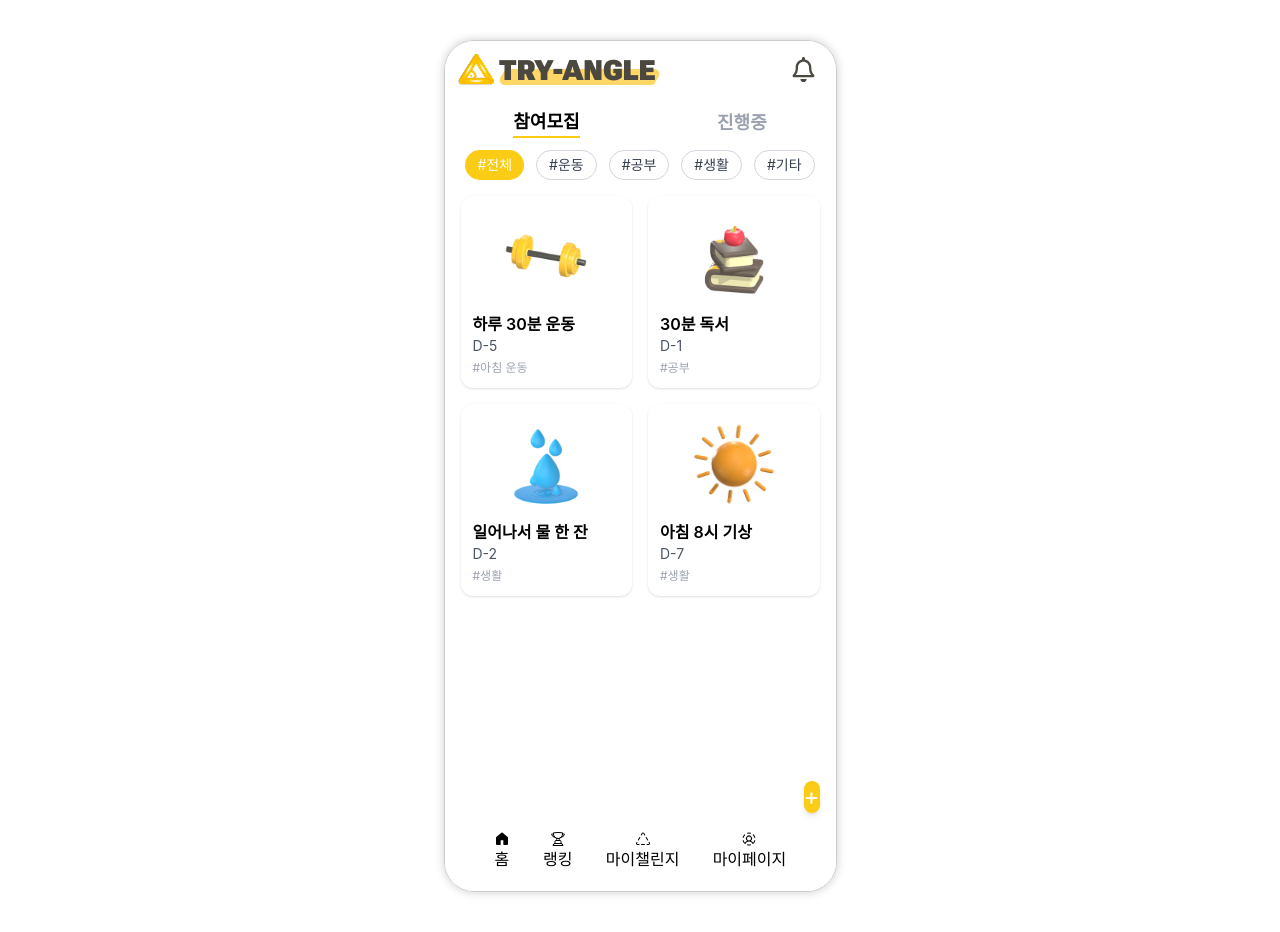
Repository: gusdk19/TryAngle-FE
Page: /
The author's editor kept a copy of each file at every save. The page is drawn from the files as they stood at one save, then again after the next save.
The browser window is 1280 px wide. The pictures show the whole page.
The project was rebuilt for these pictures with package versions that can differ from the ones it lists, and the page was loaded fresh each time. Also part of the build but not shown: src/App.css.

Above is the page before, as saved 2025-04-30 15:43:27.

### src/index.js
import React from 'react';
import ReactDOM from 'react-dom/client';
import "./styles/index.css";
import App from './App';
import reportWebVitals from './reportWebVitals';

const root = ReactDOM.createRoot(document.getElementById('root'));
root.render(
  <React.StrictMode>
    {/* <App /> */}
    <div className='iphone-frame'>
      <App/>
    </div>
  </React.StrictMode>
);

// If you want to start measuring performance in your app, pass a function
// to log results (for example: reportWebVitals(console.log))
// or send to an analytics endpoint. Learn more: https://bit.ly/CRA-vitals
reportWebVitals();

### src/styles/index.css
@tailwind base;
@tailwind components;
@tailwind utilities;

body {
  margin: 0;
  font-family: -apple-system, BlinkMacSystemFont, 'Segoe UI', 'Roboto', 'Oxygen',
    'Ubuntu', 'Cantarell', 'Fira Sans', 'Droid Sans', 'Helvetica Neue',
    sans-serif;
  -webkit-font-smoothing: antialiased;
  -moz-osx-font-smoothing: grayscale;
}

code {
  font-family: source-code-pro, Menlo, Monaco, Consolas, 'Courier New',
    monospace;
}

.iphone-frame {
  position: relative;
  width: 393px;
  height: 852px;
  border: 1px solid #ccc;
  margin: 40px auto;
  box-shadow: 0 0 10px rgba(0,0,0,0.2);
  overflow: auto;
  border-radius: 30px;
  background: white;
  padding: 0px 0px;

  -ms-overflow-style:none; /* IE and Edge */
  scrollbar-width:none; /* Firefox */
}

.iphone-frame::-webkit-scrollbar {
	display:none /* Chrome , Safari , Opera */
}

### src/App.js
import { BrowserRouter, Routes, Route } from 'react-router-dom';
import './App.css';

import Home from './pages/Home';
//import Alarm from './pages/Alarm';
//import ChallengeAdd from './pages/ChallengeAdd';

function App() {
  return (
    <BrowserRouter>
      <Routes>
        <Route path="/" element={<Home />} />
        {/*<Route path="/alarm" element={<Alarm />} /> */}
        { /*<Route path="/challenge/add" element={<ChallengeAdd />} />*/}
      </Routes>
    </BrowserRouter>
  );
}

export default App;

### src/pages/Home.js
import React, { useState } from 'react';
import Header from '../components/Header';
import Footer from '../components/Footer';
import dumbell from '../assets/images/finace/dumbell.png';
import books from '../assets/images/finace/books.png';
import water from '../assets/images/finace/water.png';
import sun from '../assets/images/finace/Sun.png';

const Home = () => {
  const [activeTab, setActiveTab] = useState('participating');
  const [activeCategory, setActiveCategory] = useState('전체');

  const categories = ['전체', '운동', '공부', '생활', '기타'];

  const challenges = [
    { id: 1, title: '하루 30분 운동', dday: 5, tag: '#아침 운동', image: dumbell },
    { id: 2, title: '30분 독서', dday: 1, tag: '#공부', image: books },
    { id: 3, title: '일어나서 물 한 잔', dday: 2, tag: '#생활', image: water },
    { id: 4, title: '아침 8시 기상', dday: 7, tag: '#생활', image: sun },
  ];

  const filteredChallenges =
    activeCategory === '전체'
      ? challenges
      : challenges.filter((c) => c.tag.includes(activeCategory));

  return (
    <div className="bg-white flex flex-row justify-center w-full">
      {/* 모바일 프레임 */}
      <div className="bg-white w-[393px] h-[852px] relative">
        <Header />

        {/* 탭 영역 */}
        <div className="flex justify-around mt-4">
          <button
            className={`text-lg font-semibold ${
              activeTab === 'participating'
                ? 'border-b-2 border-yellow-400 text-black'
                : 'text-gray-400'
            }`}
            onClick={() => setActiveTab('participating')}
          >
            참여모집
          </button>
          <button
            className={`text-lg font-semibold ${
              activeTab === 'ongoing'
                ? 'border-b-2 border-yellow-400 text-black'
                : 'text-gray-400'
            }`}
            onClick={() => setActiveTab('ongoing')}
          >
            진행중
          </button>
        </div>

        {/* + 버튼 */}
        <button className="absolute bottom-20 right-4 bg-yellow-400 w-23 h-22 rounded-full text-white text-2xl shadow-md hover:bg-yellow-500 z-20">
          +
        </button>

        {/* 카테고리 */}
        <div className="flex justify-center gap-3 mt-3">
          {categories.map((category) => (
            <button
              key={category}
              className={`px-3 py-1 rounded-full text-sm ${
                activeCategory === category
                  ? 'bg-yellow-400 text-white'
                  : 'bg-white text-gray-700 border border-gray-300'
              }`}
              onClick={() => setActiveCategory(category)}
            >
              #{category}
            </button>
          ))}
        </div>

        {/* 챌린지 카드 */}
        <div className="flex-grow overflow-y-auto p-4 pb-[100px]">
          <div className="grid grid-cols-2 gap-4">
            {filteredChallenges.map((c) => (
              <div
                key={c.id}
                className="bg-white p-3 rounded-xl shadow hover:bg-yellow-200 transition"
              >
                <img
                  src={c.image}
                  alt={c.title}
                  className="w-full h-24 object-contain mb-2"
                />
                <p className="font-semibold">{c.title}</p>
                <p className="text-sm text-gray-600">D-{c.dday}</p>
                <p className="text-xs text-gray-400 mt-1">{c.tag}</p>
              </div>
            ))}
          </div>
        </div>

        <Footer page="home" />
      </div>
    </div>
  );
};

export default Home;

### src/components/Header.js
import React from "react";
import "../styles/Header.css";
import { FaRegBell } from "react-icons/fa";
import { useNavigate } from "react-router-dom";
import logo_name from "../assets/images/common/logo_name.png";

export default function Header() {
  const navigate = useNavigate();

  return (
    <div className="header flex flex-unwrap grow w-full pt-[4.5px]">
      {/* 로고 (왼쪽) */}
      <div className="logo-name my-auto flex-1 text-left align-middle cursor-pointer" onClick={() => navigate("/")}>
        <img src={logo_name} alt="try-angle_logo_name" />
      </div>

      {/* 알림 아이콘 (오른쪽) */}
      <div className="bell flex-none align-middle cursor-pointer">
        <FaRegBell
          className="bell-icon2 mt-[2px] text-[#4A483F]"
          onClick={() => navigate("/alarm")}
        />
      </div>
    </div>
  );
}

### src/components/Footer.js
import React from "react";
import "../styles/Header.css";
import { GoHome, GoHomeFill } from "react-icons/go";
import { HiTrophy, HiOutlineTrophy } from "react-icons/hi2";
import { PiUserCircleDashed, PiUserCircleDuotone, PiTriangleDashedFill, PiTriangleDashed } from "react-icons/pi";
import { useNavigate } from "react-router-dom";

export default function Footer({ page }) {
  const navigate = useNavigate();

  const navigationItems = [
    {
      icon: page === "home" ? <GoHomeFill className="icon" /> : <GoHome className="icon" />,
      label: "홈",
      route: "/",
    },
    {
      icon: page === "ranking" ? <HiTrophy className="icon" /> : <HiOutlineTrophy className="icon" />,
      label: "랭킹",
      route: "/rank",
    },
    {
      icon: page === "myChallenge" ? <PiTriangleDashedFill className="icon" /> : <PiTriangleDashed className="icon" />,
      label: "마이챌린지",
      route: "/mychallenge",
    },
    {
      icon: page === "myPage" ? <PiUserCircleDuotone className="icon" /> : <PiUserCircleDashed className="icon" />,
      label: "마이페이지",
      route: "/mypage",
    },
  ];

  return(
    <footer className="absolute w-full h-[70px] bottom-0 left-0 bg-white px-4 pt-2">
      <div className="flex justify-evenly items-start">
        {navigationItems.map((item, index) => (
          <div key={index} className="flex flex-col items-center cursor-pointer" onClick={()=>{navigate(item.route);}}>
            {item.icon}
            {item.label}
          </div>
        ))}
      </div>
    </footer>
);
}

### src/styles/Header.css
.header{
    display: flex;
    flex-wrap: nowrap;
    justify-content: space-between;
    position: relative;
    width: 100%;
    height: 51px;
    text-align: center;
    vertical-align: middle;
}

.title{
    display: grid;
    place-items: center;
    flex-grow: 1;
    vertical-align: middle;
}

.logo-name{
    display: grid;
    place-items: start;
    flex-grow: 1;
    vertical-align: middle;
    margin-left: 13px;
}

.title-text{
    position: absolute;
    left:50%;
    transform: translateX(-50%);
    font-weight: bold;
    font-size: large;
}

.bell{
    display: grid;
    place-items: center;
    flex-shrink: 0;
    vertical-align: middle;
    margin-right:20px;

}

.bell-icon{
    width: 20px;
    height:20px;
}

.bell-icon2{
    width: 25px;
    height:25px;
}

.back{
    display: grid;
    place-items: center;
    flex-shrink: 0;
    vertical-align: middle;
    margin-left:20px;

}

.back-icon{
    width: 20px;
    height:20px;
}

### tailwind.config.js
/** @type {import('tailwindcss').Config} */
module.exports = {
    content: [
        "./src/**/*.{js,jsx,ts,tsx}",
    ],
    theme: {
      extend: {},
    },
    plugins: [],
  }

Loaded but not shown: public/index.html (common file); src/reportWebVitals.js (common file)

After the next save:
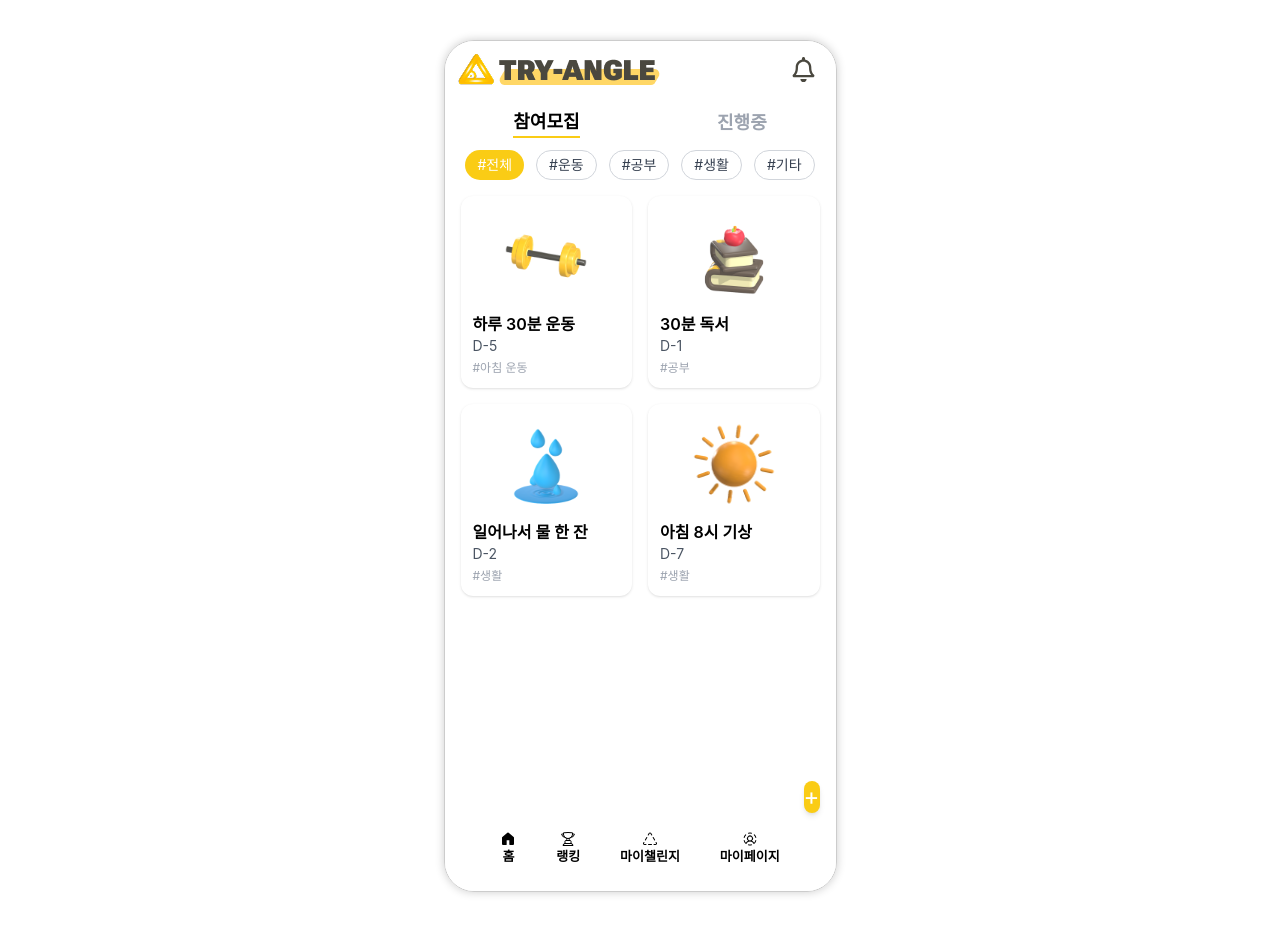
Saved 7 min 38 s later.
--- a/src/components/Footer.js
+++ b/src/components/Footer.js
@@ -31,16 +31,22 @@
     },
   ];
 
-  return(
-    <footer className="absolute w-full h-[70px] bottom-0 left-0 bg-white px-4 pt-2">
+  return (
+    <footer className="absolute w-full h-[70px] bg-white px-4 pt-2 bottom-0 left-0">
       <div className="flex justify-evenly items-start">
         {navigationItems.map((item, index) => (
-          <div key={index} className="flex flex-col items-center cursor-pointer" onClick={()=>{navigate(item.route);}}>
+          <div
+            key={index}
+            className="footer-item flex flex-col items-center cursor-pointer"
+            onClick={() => navigate(item.route)}
+          >
             {item.icon}
-            {item.label}
+            <span className="text-[13px] font-bold text-black text-center leading-normal">
+              {item.label}
+            </span>
           </div>
         ))}
       </div>
     </footer>
-);
+  );
 }

After the save that followed:
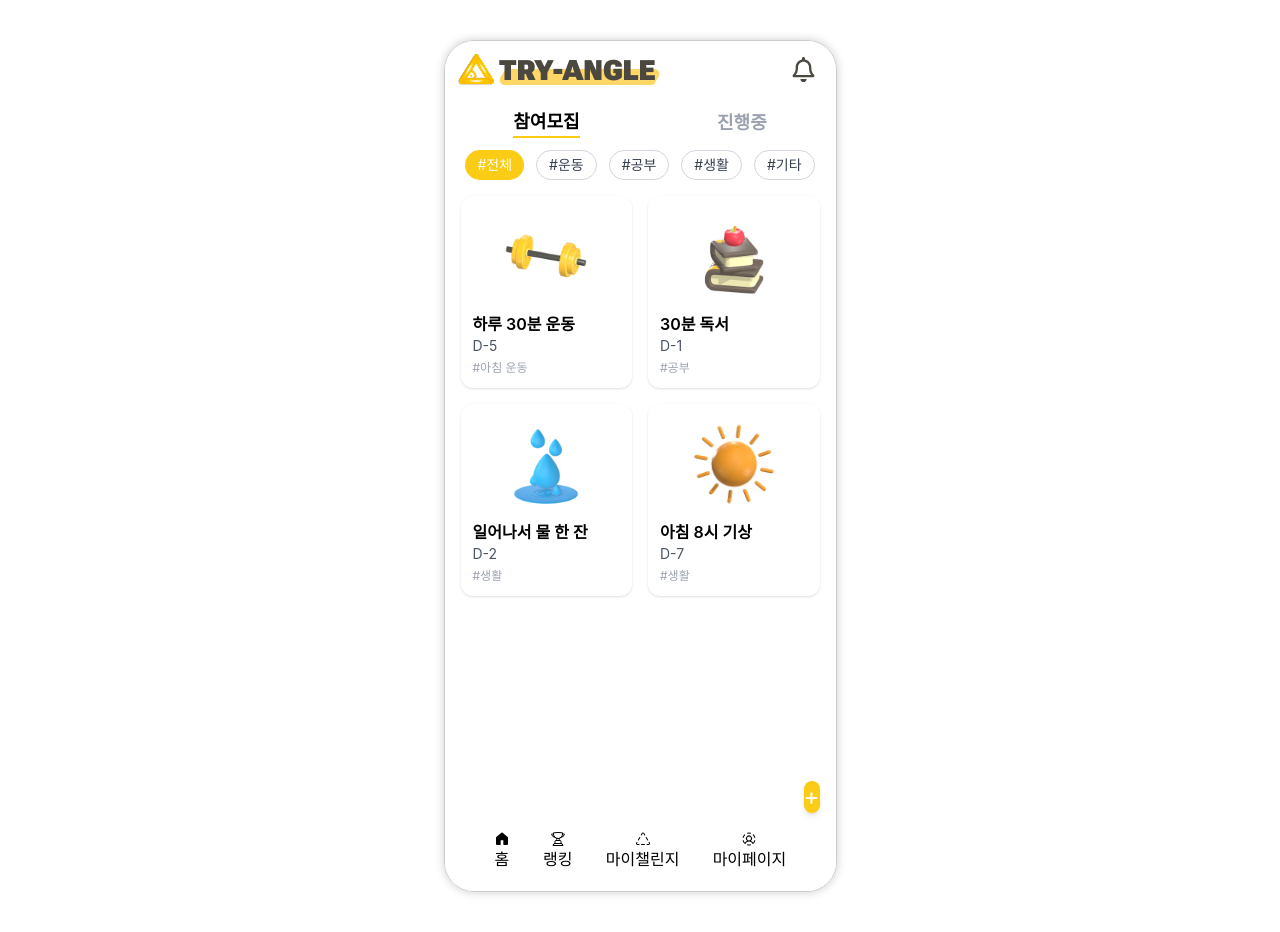
Saved 26 s later.
--- a/src/components/Footer.js
+++ b/src/components/Footer.js
@@ -31,22 +31,16 @@
     },
   ];
 
-  return (
-    <footer className="absolute w-full h-[70px] bg-white px-4 pt-2 bottom-0 left-0">
+  return(
+    <footer className="absolute w-full h-[70px] bottom-0 left-0 bg-white px-4 pt-2">
       <div className="flex justify-evenly items-start">
         {navigationItems.map((item, index) => (
-          <div
-            key={index}
-            className="footer-item flex flex-col items-center cursor-pointer"
-            onClick={() => navigate(item.route)}
-          >
+          <div key={index} className="flex flex-col items-center cursor-pointer" onClick={()=>{navigate(item.route);}}>
             {item.icon}
-            <span className="text-[13px] font-bold text-black text-center leading-normal">
-              {item.label}
-            </span>
+            {item.label}
           </div>
         ))}
       </div>
     </footer>
-  );
+);
 }
